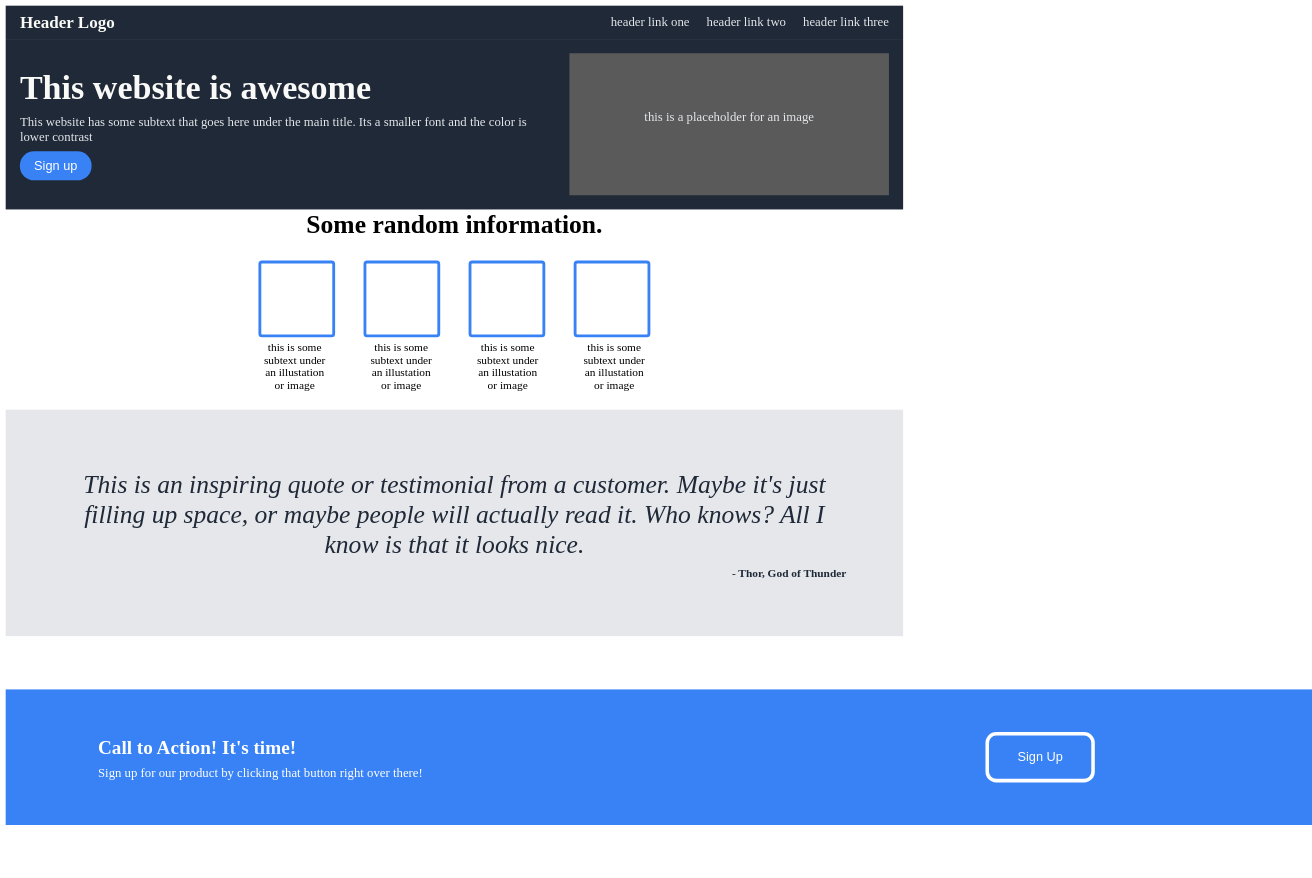
Repository: mnhardy1504/odin-recipes1
Page: flexboxlanding/index.html
These files come from the project's save history. The page is drawn as it stood at one moment and after the next save; the edit follows.
The browser window is 1280 px wide. The page is 1848 px wide, so the pictures cover 1848 px, including what lies to the right of the window. The pictures show the whole page, at 71% of full size.

Above is the page before, as saved 2023-09-15 14:46:09.

### flexboxlanding/index.html
<!DOCTYPE html>
<html>

<head>
    <meta charset="UTF-8">
    <link rel="stylesheet" href="index.css">
</head>

<body>
    <div class="header">
        <div class="header-logo"><strong>Header Logo</strong></div>
        <div class="header-links">
            <a href="#">header link one</a>
            <a href="#">header link two</a>
            <a href="#">header link three</a>
        </div>
    </div>

    <div class="flexbox-section">
        <div class="flexbox-content">
            <h1>This website is awesome</h1>
            <p class="subtext">This website has some subtext that goes here under the main title. Its a smaller font and
                the color is lower contrast</p>
            <button>Sign up</button>
        </div>
        <div class="image-container">
            <div class="image-placeholder">
                <div class="image-text">this is a placeholder for an image</div>
            </div>
        </div>
    </div>

    <div class="random"><strong>Some random information.</strong></div>

    <div class="square-container">
        <div class="square">
            <div class="square-text">
            </div>
        </div>
        <div class="square">
            <div class="square-text">
            </div>
        </div>
        <div class="square">
            <div class="square-text">
            </div>
        </div>
        <div class="square">
            </div>
        </div>
        <div class="text-container">
            <div class="text-box">this is some subtext under an illustation or image</div>
            <div class="text-box">this is some subtext under an illustation or image</div>
            <div class="text-box">this is some subtext under an illustation or image</div>
            <div class="text-box">this is some subtext under an illustation or image</div>
        </div>
    </div>
    <div class="quote-section">
        <p class="quote-text">
            This is an inspiring quote or testimonial from a customer. Maybe it's just filling up space, or maybe people
            will actually read it. Who knows? All I know is that it looks nice.
        </p>
        <div class="quote-author">
            <strong>- Thor, God of Thunder</strong>
        </div>
    </div>

    <div class="call-to-action-box">
        <div class="call-to-action-content">
            <h2>Call to Action! It's time!</h2>
            <p>Sign up for our product by clicking that button right over there!</p>
        </div>
        <div class="call-to-action-button">
            <button>Sign Up</button>
        </div>
    </div>
</body>

</html>

### flexboxlanding/index.css
.header {
    background-color: #1F2937; /* Header background color */
    color: white; /* Text color inside the header */
    display: flex;
    justify-content: space-between; /* Space between logo and links */
    align-items: center;
    padding: 10px 20px; /* Add padding to the header */
}

.header-logo {
    font-size: 24px;
     color: #f9faf8;
     margin-right: 20px;
}

.header-links a {
    text-decoration: none; /* Remove underlines from links */
    font-size: 18px;
    color: #e5e7eb;
    margin-left: 20px; /* Add spacing between links */
}

.header-links a:hover {
    text-decoration: underline;
}

.flexbox-section {
    background-color: #1F2937; /* Background color for the flexbox section */
    color: #f9faf8; /* Text color inside the flexbox section */
    display: flex;
    justify-content: space-between; /* Space between content and image */
    align-items: center;
    padding: 20px; /* Add padding to the flexbox section */
}

.flexbox-content {
    max-width: 60%; /* Adjust the maximum width of the content */
}

h1 {
    font-size: 48px;
    font-weight: bold; /* Extra-bold */
    margin: 0; /* Remove default margin */
}

.subtext {
    font-size: 18px;
    color: #e5e7eb; /* Subtext color */
    margin: 10px 0; /* Add spacing around subtext */
}

.image-container {
    display: flex;
    align-items: center; /* Vertically align content if needed */
}

.image-placeholder {
    width: 450px;
    height: 200px;
    background-color: #5A5A5A;
}

.image-text {
    font-size: 18px;
    color: #e5e7eb;
    text-align: center;
    padding: 80px;
}

.square-container {
    display: flex;
    justify-content:center;
    align-items: center;
    flex-wrap: wrap;
    background-color: white;
    padding: 10px;
}

.square {
    width: 100px;
    height: 100px;
    background-color: white;
    border: 4px solid #3882F6;
    text-align: center;
    display: flex;
    flex-direction: column;
    justify-content: space-between;
    align-items: center;
    color: white;
    margin: 20px;
    border-radius: 5px;
}

.text-container {
    display: flex;
    justify-content: center;
    align-items: center;
    flex-wrap: wrap;
    margin-top: -50px;
}

.text-box {
    width: 100px;
    text-align: center;
    margin: 25px;
}

.random {
    text-align: center;
    justify-content: center;
    font-size: 36px
}

.quote-section {
    background-color: #e5e7eb;
    padding: 80px;
    text-align: center;
}

.quote-text {
    font-size: 36px;
    font-style: italic;
    color: #1F2937;
    margin-bottom: 10px;
}

.quote-author {
    font-style: light italic;
    color: #1F2937;
    text-align: right;
    font-weight: 800;
}

.call-to-action-box {
    display: flex; /* Use flexbox for layout */
    background-color: #3882F6; /* White background for the container */
    padding: 20px;
    width: 1800px;
    margin: 75px auto;
}

.call-to-action-content {
    flex-grow: 1; /* Make this div expand to fill the available space */
    display: flex; /* Use flexbox within the container */
    flex-direction: column; /* Stack items vertically */
    align-items: left; /* Center items horizontally */
    justify-content: center; /* Center items vertically */
    padding: 10px;
    margin-left: 100px ;
    max-width: 1200px;
    font-size: 18px;
    color: white;
}
h2 {
    margin-bottom: 5px; /* Add margin below the h2 tag */
}

p {
    margin-top: 5px; /* Adjust the margin to your preferred spacing */
}


.call-to-action-button {
    background-color: #3882F6; /* Blue background for the button */
    color: white;
    padding: 10px 20px; /* Adjust padding if needed */
    border: 5px solid white; /* Set border style and color */
    border-radius: 15px;
    font-size: 18px;
    cursor: pointer;
    height: 100; /* Adjust the height to your preference */
    margin: 40px;
}


/* Add hover effect to the button */
.call-to-action-content button:hover {
    background-color: #1F5CFF; /* Darker blue on hover */
}

button {
    background-color: #3882F6;
    color: white;
    padding: 10px 20px;
    border: white;
    border-radius: 20px;
    font-size: 18px;
    cursor: pointer;
    align-items: right;
    text-align: right;
}

button:hover {
    background-color: #3882F6
}

After the next save:
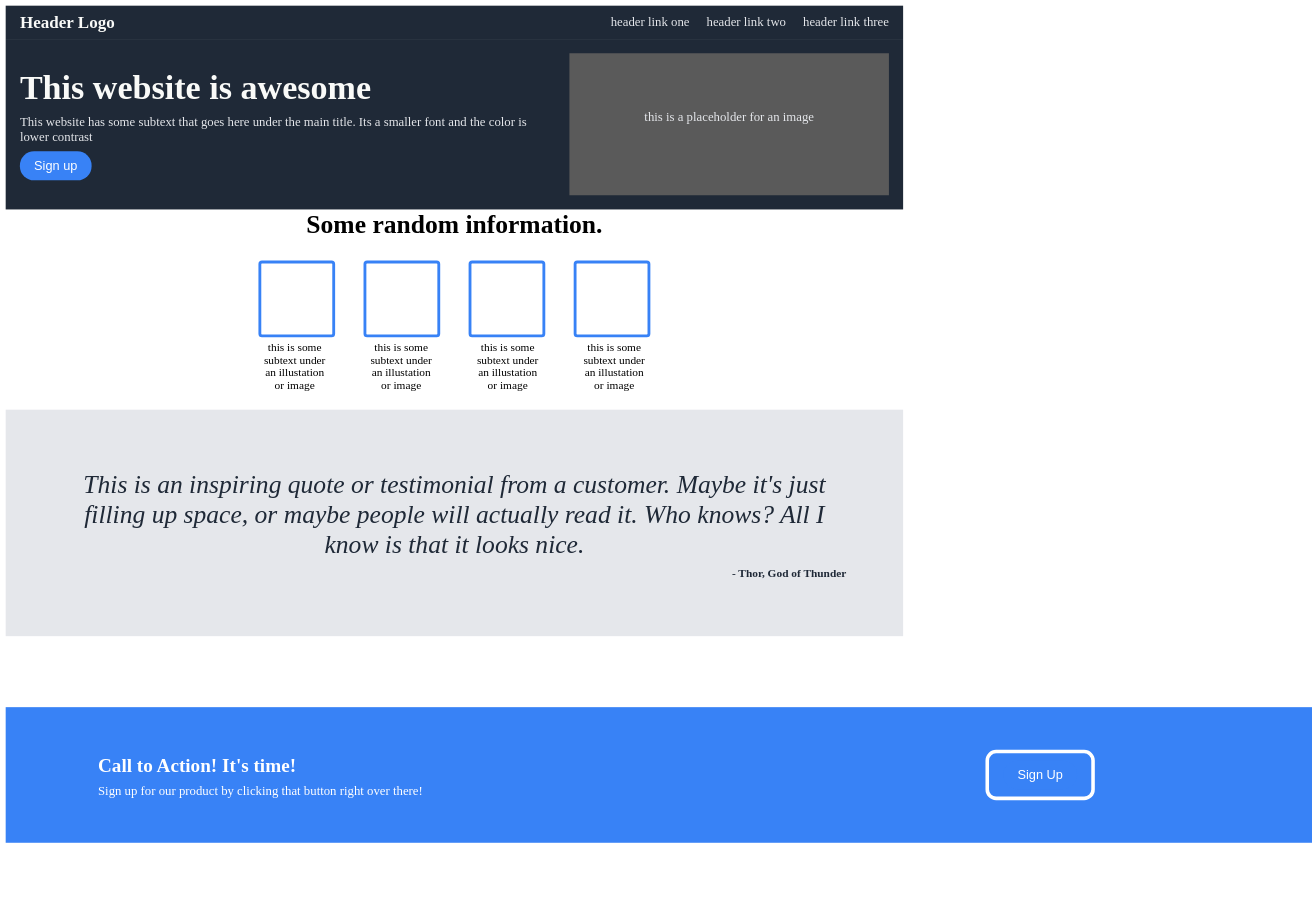
Saved 30 s later.
--- a/flexboxlanding/index.css
+++ b/flexboxlanding/index.css
@@ -136,7 +136,7 @@ h1 {
     background-color: #3882F6; /* White background for the container */
     padding: 20px;
     width: 1800px;
-    margin: 75px auto;
+    margin: 100px auto;
 }
 
 .call-to-action-content {
